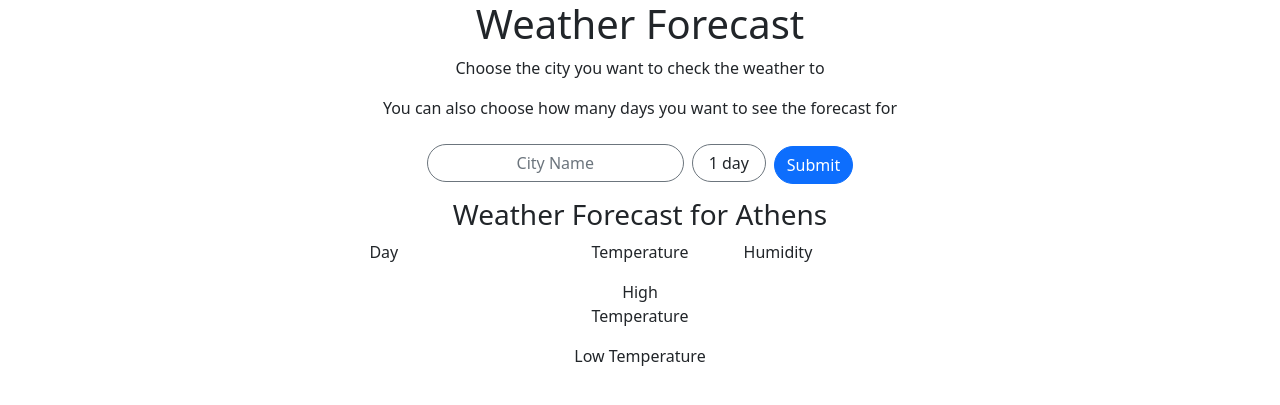
Repository: DimitrisDoxopoulos/my-own-weather-app
Page: /
An editor plug-in stored every save of this project. The page is shown before and after the next save, followed by the edit.
The browser window is 1280 px wide. The pictures show the whole page.
The project was rebuilt for these pictures with package versions that can differ from the ones it lists, and the page was loaded fresh each time.

Above is the page before, as saved 2021-06-03 19:07:57.

### src/App.js
import './App.css';

/*--------------- Importing Components ------------------- */
import Wrapper from './components/Wrapper'
import Header from './components/Header'
import Tagline from './components/Tagline'
import Form from './components/Form'
import WeatherForecast from './components/WeatherForecast';
/*--------------- Importing Components ------------------- */

function App() {
  return (
    <div className="App">
      <Wrapper>
        <Header />
        <Tagline />
        <Form />
        <WeatherForecast />
      </Wrapper>
    </div>
  );
}

export default App;

### src/App.css
.App {
  /* text-align: center; */
}

.App-logo {
  height: 40vmin;
  pointer-events: none;
}

.App-header {
  background-color: #282c34;
  min-height: 100vh;
  display: flex;
  flex-direction: column;
  align-items: center;
  justify-content: center;
  font-size: calc(10px + 2vmin);
  color: white;
}

.App-link {
  color: #61dafb;
}

### src/components/Wrapper.js
import React from 'react';

const Wrapper = (props) => {
    return(
    <div className='container d-flex flex-column justify-content-center align-items-center'>
        { props.children }
    </div>
    )
}

export default Wrapper;

### src/components/Header.js
import React from 'react'

const Header = () => {
    return (
        <div className="">
            <h1 className="">Weather Forecast</h1>
        </div>
    )
}

export default Header

### src/components/Tagline.js
import React from 'react'

const Tagline = () => {
    return (
        <div className="text-center">
            <p>Choose the city you want to check the weather to</p>
            <p>You can also choose how many days you want to see the forecast for</p>
        </div>
    )
}

export default Tagline

### src/components/Form.js
import React from 'react'

const Form = () => {
    return (
        <div>
            <form className="d-flex align-items-center">
                <div className="form-group">
                    <input type="text" className="form-control border-secondary rounded-pill text-center" id="exampleFormControlInput1" placeholder="City Name" />
                </div>
                <div className="form-group d-flex p-2">
                    <select className="form-control border-secondary rounded-pill text-center" id="exampleFormControlSelect1" placeholder="How many days?">
                        <option value="1">1 day</option>
                        <option value="2">2 days</option>
                        <option value="3">3 days</option>
                        <option value="4">4 days</option>
                        <option value="5">5 days</option>
                    </select>
                </div>
                <input className="btn btn-primary mt-1 rounded-pill" type="submit" value="Submit" />
            </form>
        </div>
    )
}

export default Form

### src/components/WeatherForecast.js
import React from 'react'

const WeatherForecast = () => {
    return (
        <div className="text-center p-2">
            <h3 className="h-3">Weather Forecast for Athens</h3>
            <div className="container">
                <div className="row">
                    <div className="col-sm">
                        <p>Day</p>
                    </div>
                    <div className="col-sm">
                        <image src="" alt='weather icon' />
                    </div>
                    <div className="col-sm-3">
                        <div className="row">
                            <div className="col-sm">
                                <p>Temperature</p>
                            </div>
                            <div className="col-sm">
                                <p>High Temperature</p>
                            </div>
                            <div className="col-sm">
                                <p>Low Temperature</p>
                            </div>
                        </div>
                    </div>
                    <div className="col-sm">
                        <p>Humidity</p>
                    </div>
                    <div className="col-sm">
                        <p></p>
                    </div>
                </div>
            </div>

        </div>
    )
}

export default WeatherForecast

Loaded but not shown: public/index.html (common file); src/index.js (common file); src/index.css (common file); src/reportWebVitals.js (common file)

After the next save:
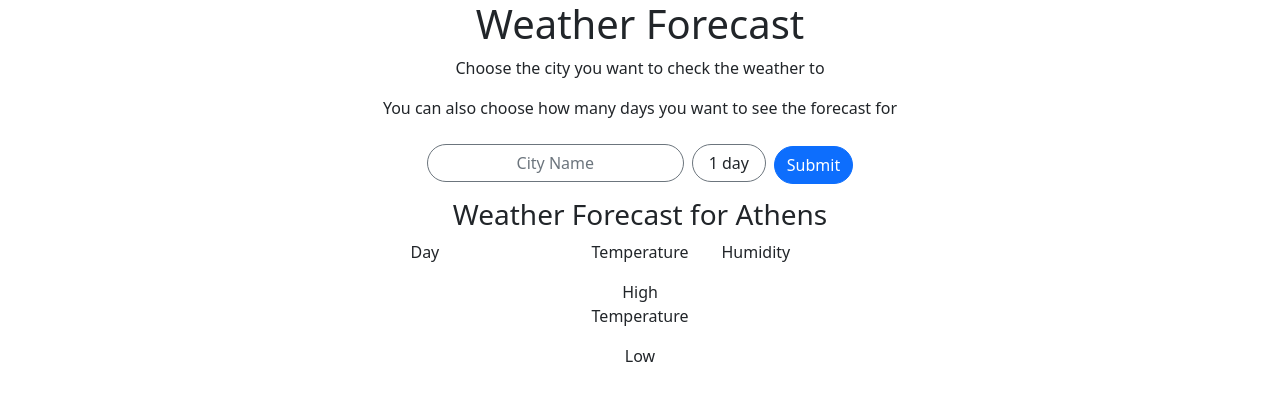
Saved 6 s later.
--- a/src/components/WeatherForecast.js
+++ b/src/components/WeatherForecast.js
@@ -21,7 +21,7 @@ const WeatherForecast = () => {
                                 <p>High Temperature</p>
                             </div>
                             <div className="col-sm">
-                                <p>Low Temperature</p>
+                                <p>Low</p>
                             </div>
                         </div>
                     </div>
